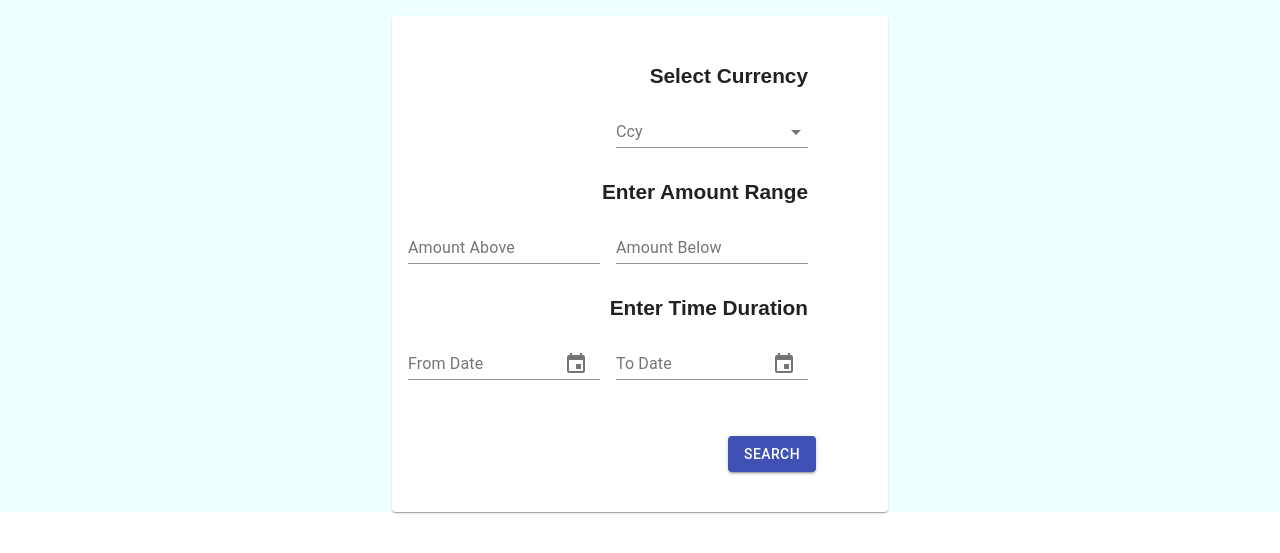
Repository: AmanullaChishty/filter
Page: /
These files come from the project's save history. The page is drawn as it stood at one moment and after the next save; the edit follows.
The browser window is 1280 px wide. The pictures show the whole page.
The project was rebuilt for these pictures with package versions that can differ from the ones it lists, and the page was loaded fresh each time. Imported but missing from the stored project, and not drawn on this page: src/reducers/simpleReducer.

Above is the page before, as saved 2020-01-26 21:50:25.

### src/index.js
import React from 'react';
import ReactDOM from 'react-dom';

// Required for Redux store setup
import { Provider } from 'react-redux'
import configureStore from './store';

import './index.css';
import App from './App';
import registerServiceWorker from './registerServiceWorker';

ReactDOM.render(
  <Provider store={configureStore()}>
    <App />
  </Provider>,
  document.getElementById('root')
);
registerServiceWorker();

### src/store.js
import { createStore, applyMiddleware } from 'redux';
import thunk from 'redux-thunk';
import rootReducer from './reducers/rootReducer';

export default function configureStore(initialState={}) {
  return createStore(
    rootReducer,
    applyMiddleware(thunk)
  );
}

### src/App.js
import React, { Component } from 'react';
import './App.css';
import GridList from './gridList'
import SearchBar from './searchBar/components/searchBar';



/**
 * @class App
 * @extends {Component}
 */
class App extends Component {



  /**
   * @memberof App
   * @summary handles button click
   */


  render() {
    return (
      <body className="App">
        <SearchBar/>
        <GridList/>
      </body>
    );
  }
}

export default App;

### src/reducers/rootReducer.js
import { combineReducers } from 'redux';
import simpleReducer from './simpleReducer';
import searchReducer from '../searchBar/reducers/searchReducer'

export default combineReducers({
  simpleReducer,
  searchReducer
});

### src/App.css
.App {
  text-align: center;
  background-color: azure;
}

.App-logo {
  animation: App-logo-spin infinite 20s linear;
  height: 80px;
}

.App-header {
  background-color: #222;
  height: 150px;
  padding: 20px;
  color: white;
}

.App-title {
  font-size: 1.5em;
}

.App-intro {
  font-size: large;
}

@keyframes App-logo-spin {
  from { transform: rotate(0deg); }
  to { transform: rotate(360deg); }
}

### src/gridList.js
import React, { Component } from 'react';
import { connect } from 'react-redux';
import MUIDataTable from "mui-datatables";
import { getSearchCriteria, getSearchData } from './searchBar/selectors/searchSelectors';


const headers = [{ name: "invoice_id", label: "Invoice id", options: { filter: true, sort: true, } },{ name: "reference", label: "Reference", options: { filter: true, sort: true, } },
{ name: "maturity_date", label: "Maturity Date", options: { filter: true, sort: true, } },{ name: "invoice_amount", label: "Invoice Amount", options: { filter: true, sort: true, } },
{ name: "ccy", label: "CCY", options: { filter: true, sort: true, } },{ name: "buyer", label: "Buyer", options: { filter: true, sort: true, } },
{ name: "supplier", label: "Supplier", options: { filter: true, sort: true, } },{ name: "invoice_date", label: "Invoice Date", options: { filter: true, sort: true, } },]

const options = {
  filterType: "checkbox",
  responsive: "stacked",
}

class GridList extends Component {
  render() {
    const {result,seacrhedData} = this.props;

    if(seacrhedData){
      if(seacrhedData.startDate){
        let date=new Date(seacrhedData.startDate)
        let yyyy = date.getFullYear();
        let mm =date.getMonth()+1
        let dd=date.getDate();
        seacrhedData.startDate = dd+'/'+ mm +'/'+yyyy;

      }
      if(seacrhedData.endDate){
        let date=new Date(seacrhedData.endDate)
        let yyyy = date.getFullYear();
        let mm =date.getMonth()+1
        let dd=date.getDate();
        seacrhedData.endDate = dd+'/'+ mm +'/'+yyyy;

      }
    }
    const title=('Currency '+seacrhedData.ccy + ' Invoices with value between '+ seacrhedData.ccy+ ' '+ seacrhedData.lowerLimit +' - '+ seacrhedData.upperLimit +' maturing between '+seacrhedData.startDate+' and '+ seacrhedData.endDate)

    if(result.length>0){
      result.forEach(item=>{
        if(item.maturity_date){
          let date=new Date(item.maturity_date*1000)
          let yyyy = date.getFullYear();
          let mm =date.getMonth()+1
          let dd=date.getDate();
            item.maturity_date = dd+'/'+ mm +'/'+yyyy;

        }
      })
    }
    return (
     <div>
       {result.length>0?(<MUIDataTable
            title={title}
            data={result}
            columns={headers}
            options={options}

          />):null}
     </div>
    );
  }
}


const mapStateToProps=state=> {
  return {
      result: getSearchData(state),
      seacrhedData:getSearchCriteria(state)
      };
}


export default connect(mapStateToProps)(GridList);

### src/searchBar/components/searchBar.js
import React, { Component, Fragment } from 'react';
import { connect } from 'react-redux';
import { bindActionCreators } from 'redux';
import { fetchData } from '../actions/fetchData';
import { search } from '../actions/searchAction';
import { getData, getSearchData } from '../selectors/searchSelectors';
import InputLabel from '@material-ui/core/InputLabel';
import MenuItem from '@material-ui/core/MenuItem';
import FormControl from '@material-ui/core/FormControl';
import Select from '@material-ui/core/Select';
import { Grid, Card, CardContent,CardActions, Input, Button, InputAdornment } from '@material-ui/core';
import DateFnsUtils from '@date-io/date-fns';
import { KeyboardDatePicker, MuiPickersUtilsProvider } from "@material-ui/pickers";
import 'date-fns';


let ccy=''

class SearchBar extends Component {

  constructor(props){
    super(props);
    this.handleChange=this.handleChange.bind(this)
    this.setLowerLimit=this.setLowerLimit.bind(this)
    this.setUpperLimit=this.setUpperLimit.bind(this)
    this.setStartDate=this.setStartDate.bind(this)
    this.setEndDate=this.setEndDate.bind(this)
    this.submitSearch=this.submitSearch.bind(this)
    this.state = {
      ccy:'',
      lowerLimit:'',
      upperLimit:'',
      startDate:null,
      endDate:null,
      storeStartDate:null,
      storeEndDate:null

    }
  }

  componentDidMount() {

    }



  handleChange(event){
    let val = event.target.value
      this.setState({ccy:val})
  };

  setLowerLimit(event){
    let val = event.target.value
    this.setState({lowerLimit:val});
  }

  setUpperLimit(event){
    let val = event.target.value
    this.setState({upperLimit:val})

  }
  setStartDate(event){
    let val = Math.floor(event.getTime()/1000)
    this.setState({storeStartDate:val})
    this.setState({startDate:event})

  }

  setEndDate(event){
    let val = Math.floor(event.getTime()/1000)
    this.setState({storeEndDate:val})
    this.setState({endDate:event})

  }

  submitSearch(){
    const { fetchAllData,searchData } = this.props;
    fetchAllData();
    setTimeout(()=>{searchData(this.state)},100)

  }


  render() {
    const sectionGrid={ display: 'flex', justifyContent: 'end', alignItems: 'end', flexDirection: 'column', marginBottom: '2em' }
    const sectionLabel = { fontSize: '1.3em', fontWeight: 'bold', marginBottom: '-.2em' }
    const innerSection={ display: 'flex', justifyContent: 'center', alignItems: 'center', }
    const formControlStyle={ width: '12em', marginTop: '1em' }
    const formControlStyleLeft={ width: '12em', marginTop: '1em', marginLeft: '1em' }
    const {ccy,lowerLimit,upperLimit,startDate,endDate} = this.state

    return (
      <Grid style={{display:'flex',justifyContent:'center',alignItems:'center',flexDirection:'column'}}>
    <Card style={{maxWidth:400,width:'100%',padding:'2em 4em 2em 2em',marginTop:'1em'}}>
      <CardContent>
            <Grid style={sectionGrid}>
              <span style={sectionLabel}>Select Currency</span>
              <FormControl style={formControlStyle} >

                <InputLabel id="ccy">
                  Ccy
                </InputLabel>
                <Select
                  labelId="ccy"
                  id="simple-select"
                  value={ccy}
                  onChange={this.handleChange}>
                  <MenuItem value={'USD'}>USD</MenuItem>
                  <MenuItem value={'INR'}>INR</MenuItem>
                  <MenuItem value={'JPY'}>JPY</MenuItem>
                  <MenuItem value={'RYD'}>RYD</MenuItem>
                </Select>
              </FormControl>
            </Grid>

            <Grid style={sectionGrid}>
              <span style={sectionLabel}>Enter Amount Range</span>
              <Grid style={innerSection}>
                <FormControl style={formControlStyle} >

                  <InputLabel id="ccy">
                    Amount Above
                  </InputLabel>
                  <Input
                  type='number'
                  value={lowerLimit}
                  startAdornment={ccy!=''?(<InputAdornment position="start">{ccy}</InputAdornment>):null}
                  onChange={this.setLowerLimit}/>
                </FormControl>
                <FormControl style={formControlStyleLeft} >
                  <InputLabel id="ccy">
                    Amount Below
                  </InputLabel>
                  <Input
                  type='number'
                  value={upperLimit}
                  startAdornment={ccy!=''?(<InputAdornment position="start">{ccy}</InputAdornment>):null}
                  onChange={this.setUpperLimit} />
                </FormControl>
              </Grid>
            </Grid>

            <Grid style={sectionGrid}>
              <span style={sectionLabel}>Enter Time Duration</span>
              <Grid style={innerSection}>
                <FormControl style={formControlStyle} >
                  <Fragment>
                    <MuiPickersUtilsProvider utils={DateFnsUtils}>
                      <KeyboardDatePicker
                        label="From Date"
                        clearable
                        value={startDate}
                        placeholder="Select from date"
                        onChange={this.setStartDate}
                        format="dd/MM/yyyy"
                      />
                    </MuiPickersUtilsProvider>
                  </Fragment>
                </FormControl>
                <FormControl style={formControlStyleLeft} >
                <Fragment>
                    <MuiPickersUtilsProvider utils={DateFnsUtils}>
                      <KeyboardDatePicker
                        label="To Date"
                        clearable
                        value={endDate}
                        placeholder="Select end date"
                        onChange={this.setEndDate}
                        format="dd/MM/yyyy"
                      />
                    </MuiPickersUtilsProvider>
                  </Fragment>
                </FormControl>
              </Grid>
            </Grid>

      </CardContent>
      <CardActions style={{float:'right'}}>
        <Button variant="contained" color="primary" onClick={this.submitSearch}>
          Search
        </Button>
      </CardActions>
      </Card>
    </Grid>
    );
  }
}


const mapStateToProps=state=> {
    return {
        value: getSearchData(state),
        content:getData(state)
        };
  }

const mapDispatchToProps = dispatch => bindActionCreators({
    searchData: search,
    fetchAllData:fetchData,
}, dispatch)


export default connect(mapStateToProps, mapDispatchToProps)(SearchBar);

### src/searchBar/reducers/searchReducer.js
import { SEARCH, SUCCESS } from '../actions/searchAction';

const initialState = {contents: [], value: '', serachedValue: []};

export default function searchReducer(state = initialState, action) {
  switch(action.type) {
    case SUCCESS: {
      const {contents} = action;
      return {
        ...state,
        contents:contents
      };
    }
    case SEARCH: {
      const {value} = action;
      let filteredData=[value]
      const serachedData = state.contents.filter((val) => filteredData.find(
        ({ccy,lowerLimit,upperLimit,storeStartDate,storeEndDate})=>(
          val.ccy === ccy && val.invoice_amount>lowerLimit && val.invoice_amount<upperLimit && val.maturity_date>storeStartDate && val.maturity_date<storeEndDate
          )
        ));

      return {
        ...state,
        value:value,
        serachedValue:serachedData
      };
    }
    default:
      return state;
  }
}

### src/searchBar/selectors/searchSelectors.js
import { createSelector } from 'reselect';

export const getSearchData = createSelector(
    state => state.searchReducer.serachedValue,
    serachedValue => serachedValue
)

export const getSearchCriteria = createSelector(
    state => state.searchReducer.value,
    value => value
)

export const getData = createSelector(
    state => state.searchReducer.contents,
    contents=>contents
)

### src/searchBar/actions/fetchData.js
import { getData } from "./searchAction";

//https://my.api.mockaroo.com/tallydata.json?key=1e3baa20
function fetchData() {
    return dispatch => {
        fetch('data1.json')
        .then(res => res.json())
        .then(res => {
            if(res.error) {
                throw(res.error);
            }
            dispatch(getData(res));

            return res;
        })
        .catch(error => {
            alert(error);
        })
    }
}

export { fetchData };

### src/searchBar/actions/searchAction.js
export const SEARCH = 'SEARCH';
export const SUCCESS = 'SUCCESS'

export function search(value) {
  return {
      type: SEARCH,
      value:value
    };
}

export function getData(res) {
  return {
      type: SUCCESS,
      contents:res
    };
}

Loaded but not shown: public/index.html (common file); src/index.css (common file); src/registerServiceWorker.js (common file)

After the next save:
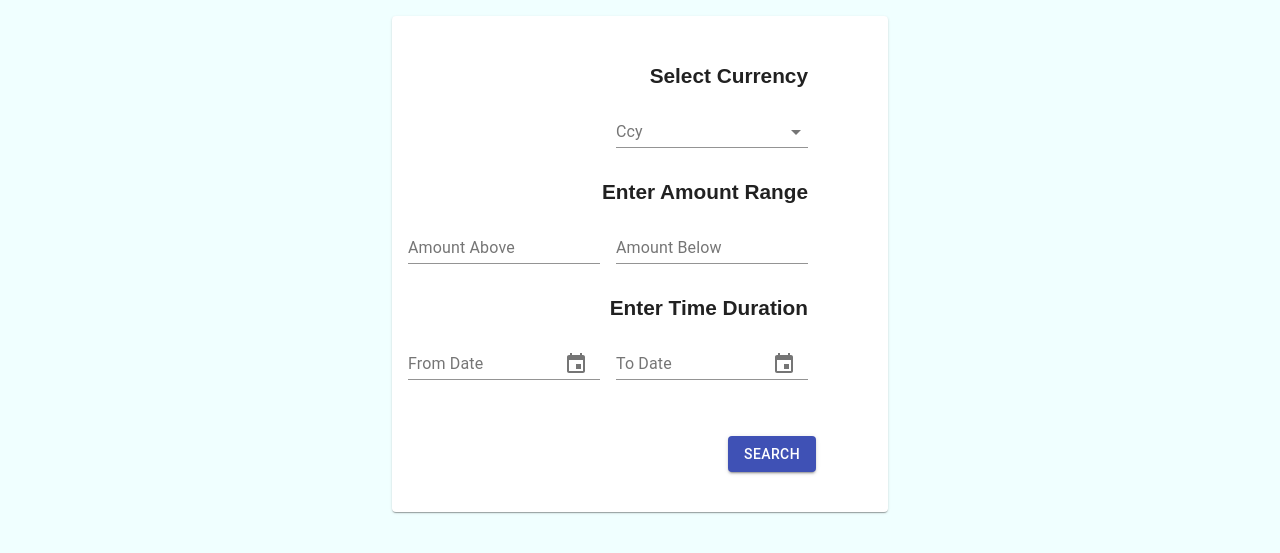
Saved 30 s later.
--- a/src/App.css
+++ b/src/App.css
@@ -1,4 +1,4 @@
-.App {
+body{
   text-align: center;
   background-color: azure;
 }
